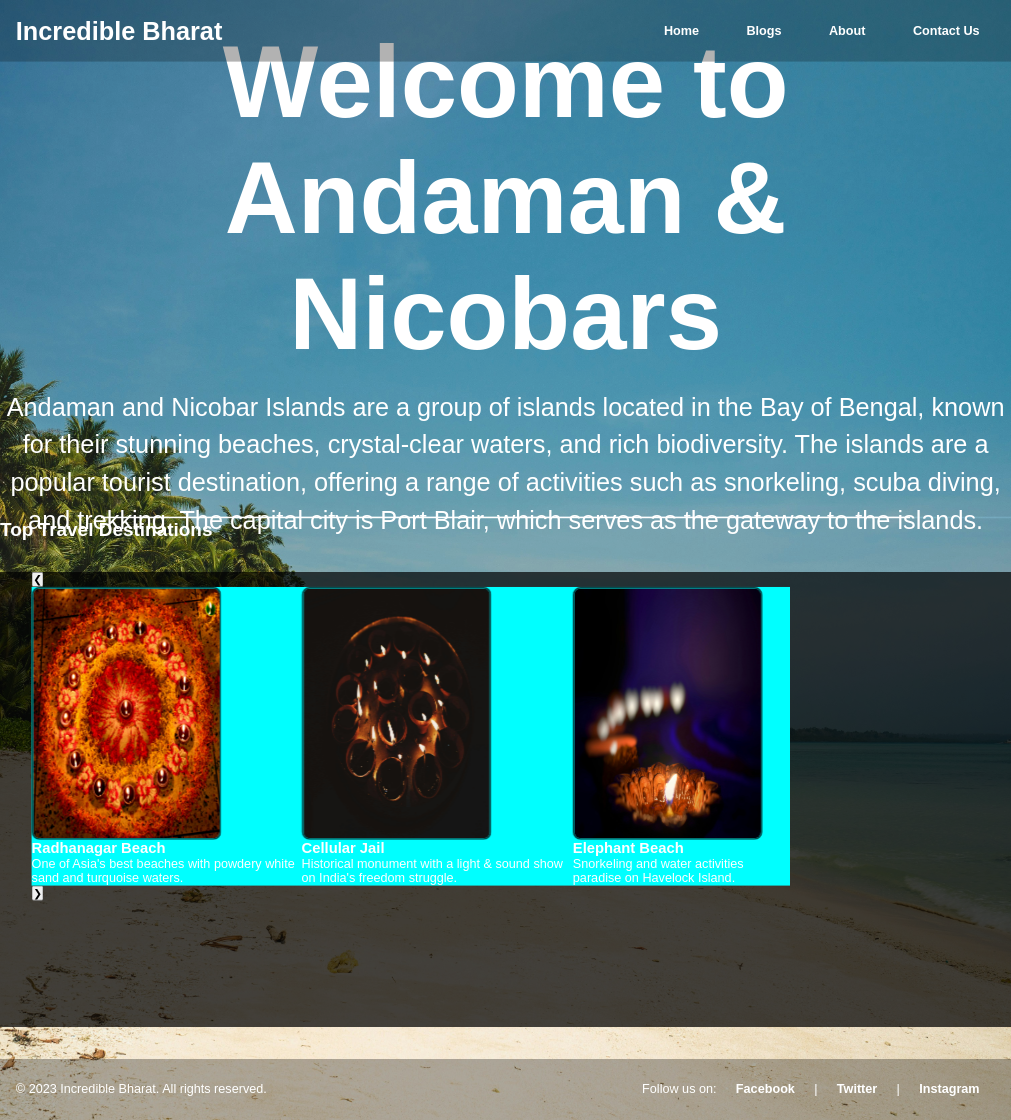
Repository: jaidhiman111/incrediblebharat
Page: destinations/Andaman-Nicobar/Andaman&Nicobar.html
These files come from the project's save history. The page is drawn as it stood at one moment and after the next save; the edit follows.
The browser window is 1280 px wide. The pictures show the whole page, at 79% of full size.

Above is the page before, as saved 2025-05-01 22:29:00.

### destinations/Andaman-Nicobar/Andaman&Nicobar.html
<!DOCTYPE html>
<html lang="en">

<head>
    <meta charset="UTF-8">
    <link rel="stylesheet" href="/assets/style.css">
    <meta name="viewport" content="width=device-width, initial-scale=1.0">
    <title>Document</title>
</head>

<body class="andaman-nicobar">
    <!-- This is the header of the page. -->
    <header class="header">
        <div class="logo">
            <h1>Incredible Bharat</h1>
        </div>
        <div class="nav">
            <nav>
                <ul>
                    <li>
                        <a href="/index.html">Home</a>
                        <a href="#">Blogs</a>
                        <a href="#">About</a>
                        <a href="#">Contact Us</a>
                    </li>
                </ul>
            </nav>
        </div>
    </header>
    <!-- This is the main content of the page. -->
    <main class="main-container">
        <section class="hero-section">
            <h2>Welcome to Andaman & Nicobars</h2>
            <p>Andaman and Nicobar Islands are a group of islands located in the Bay of Bengal, known for their stunning
                beaches, crystal-clear waters, and rich biodiversity. The islands are a popular tourist destination,
                offering a range of activities such as snorkeling, scuba diving, and trekking. The capital city is Port
                Blair, which serves as the gateway to the islands.</p>
        </section>
        <hr>
        <section id="travel-slider">
            <h2>Top Travel Destinations</h2>
            <div class="slider-container">
              <button class="slide-btn left" onclick="slideLeft('travel')">&#10094;</button>

              <div class="slider" >
                <div class="card">
                  <img class ="card-image" src="/media/diwali.jpg" alt="Radhanagar Beach">
                  <h3>Radhanagar Beach</h3>
                  <p>One of Asia's best beaches with powdery white sand and turquoise waters.</p>
                </div>
                <div class="card">
                  <img class = "card-image" src="/media/Dipawli.jpg" alt="Cellular Jail">
                  <h3>Cellular Jail</h3>
                  <p>Historical monument with a light & sound show on India's freedom struggle.</p>
                </div>
                <div class="card">
                  <img class = "card-image" src="/media/Deepak.jpg" alt="Elephant Beach">
                  <h3>Elephant Beach</h3>
                  <p>Snorkeling and water activities paradise on Havelock Island.</p>
                </div>
                <!-- Add more slides here -->
              </div>

              <button class="slide-btn right" onclick="slideRight('travel')">&#10095;</button>
            </div>
          </section>
    </main>
    <!-- This is the footer of the page. -->
    <footer class="footer">
        <div>
            <p>&copy; 2023 Incredible Bharat. All rights reserved.</p>
        </div>
        <div>
            <p>Follow us on:
                <a href="#">Facebook</a> |
                <a href="#">Twitter</a> |
                <a href="#">Instagram</a>
        </div>
    </footer>
</body>

</html>

### assets/style.css
* {
    box-sizing: border-box;
    margin: 0;
    padding: 0;
}

.home {
    font-family: Arial, sans-serif;
    background-image: url('/media/bg-cover.jpg');
    background-size: cover;
    background-repeat: no-repeat;
    background-position: center;
    color: #fff;
}

.andaman-nicobar {
    font-family: Arial, sans-serif;
    background-image: url('/media/andaman.jpg');
    background-size: cover;
    background-repeat: no-repeat;
    background-position: center;
    color: #fff;
}


/* This is for header */
.header {
    background-color: rgba(0, 0, 0, 0.3);
    display: flex;
    justify-content: space-between;
    align-items: center;
    padding: 20px;
    position: sticky;
    top: 0;
    text-align: center;
}

li {
    list-style: none;
    display: flex;
    gap: 20px;
}

li a {
    padding: 10px 20px;
    border-radius: 5px;
    text-decoration: none;
    color: #fff;
    font-weight: bold;
}

li a:hover {
    color: #fff;
    transform: scale(1.1);
}

/* This is for section */
section {
    background-color: rgba(0, 0, 0, 0.1);
}

.hero-section {
    display: flex;
    flex-direction: column;
    /* stack items vertically */
    justify-content: center;
    /* center vertically */
    align-items: center;
    /* center horizontally */
    height: 80vh;
    text-align: center;
}

.hero-section h2 {
    font-size: 8rem;
    margin-bottom: 20px;
}

.hero-section p {
    font-size: 2rem;
    margin-bottom: 20px;
    max-width: 100rem;
    /* limit the width of the paragraph */
    line-height: 1.5;
    /* improve readability */
}

.hero-section a {
    text-decoration: none;
    color: #fff;
    font-size: 1.5rem;
    margin-bottom: 20px;
}

.hero-section a:hover {
    color: #fff;
    text-decoration: underline;
    transform: scale(1.1);
    transition: transform 0.3s ease-in-out;
}

hr {
    width: 80%;
    margin: auto;
    border: 1px solid #fff;
}

.state-section {
    display: flex;
    flex-direction: column;
    justify-content: center;
    align-items: center;
    height: 80vh;
    text-align: center;
}

.state-section h2 {
    font-size: 3rem;
    margin-bottom: 20px;
}

.state-button {
    padding: 30px;
    max-width: 100rem;
    margin: 0 auto;
}

.state-button button {
    background-color: rgba(0, 0, 0, 0.4);
    backdrop-filter: blur(5px);
    border: none;
    border-radius: 8px;
    margin: 10px;
    padding: 12px 20px;
    cursor: pointer;
    transition: background-color 0.3s ease;
    font-size: 16px;
    font-weight: 500;
}

.state-button button a {
    color: #ffffff;
    text-decoration: none;
    display: block;
    width: 100%;
    height: 100%;
}

.state-button button:hover {
    background-color: rgba(0, 0, 0, 0.7);
    transform: scale(1.1);
    transition: transform 0.3s ease-in-out;
}

.card-section {
    display: flex;
    flex-wrap: wrap;
    justify-content: center;
    gap: 5rem;
    padding: 30px 20px;
    margin: 20px auto;
    max-width: 100%;
    border-radius: 10px;
}




/* This is for footer */

.footer {
    background-color: rgba(0, 0, 0, 0.3);
    display: flex;
    justify-content: space-between;
    align-items: center;
    padding: 20px;
    position: relative;
    bottom: 0;
    text-align: center;
}

.footer li {
    list-style: none;
    display: flex;
    gap: 20px;
}

.footer a {
    display: inline-block;
    padding: 10px 20px;
    border-radius: 5px;
    text-decoration: none;
    color: #fff;
    font-weight: bold;
}

.footer a:hover {
    color: #fff;
    transform: scale(1.1);

}

/* This is for media queries */
/* --- Andaman & Nicobar Page Enhancements --- */

.travel-slider h2 {
    font-size: 5rem;
    margin-bottom: 20px;

}

.slider-container {
    background-color: rgba(0, 0, 0, 0.7);
    position: relative;
    height: 80vh;
    max-width: 100%;
    overflow: hidden;
    margin: 40px auto;
    padding: 0 40px;
}

.slider {
    display: flex;
    transition: transform 0.5s ease;
    max-width: 80%;
    background-color: aqua;
    margin: 10px, auto;
    padding: auto;
    justify-content: center;
    align-items: center;
}


.slide-btn.left {
    left: 10px;
}

.slide-btn.right {
    right: 10px;
}

.card-image {
    background-color: rgba(0, 0, 0, 0.3);
    backdrop-filter: blur(5px);
    color: #fff;
    border: 2px solid #014d4e;
    border-radius: 10px;
    width: 15rem;
    height: 20rem;
    display: flex;
    align-items: center;
    justify-content: center;
    font-size: 2rem;
    font-weight: bold;
    cursor: pointer;
    transition: transform 0.3s ease, background-color 0.3s ease;
}

.card:hover {
    background-color: rgba(0, 0, 0, 0.3);
    color: #ffffff;
    transform: scale(1.05);
}

After the next save:
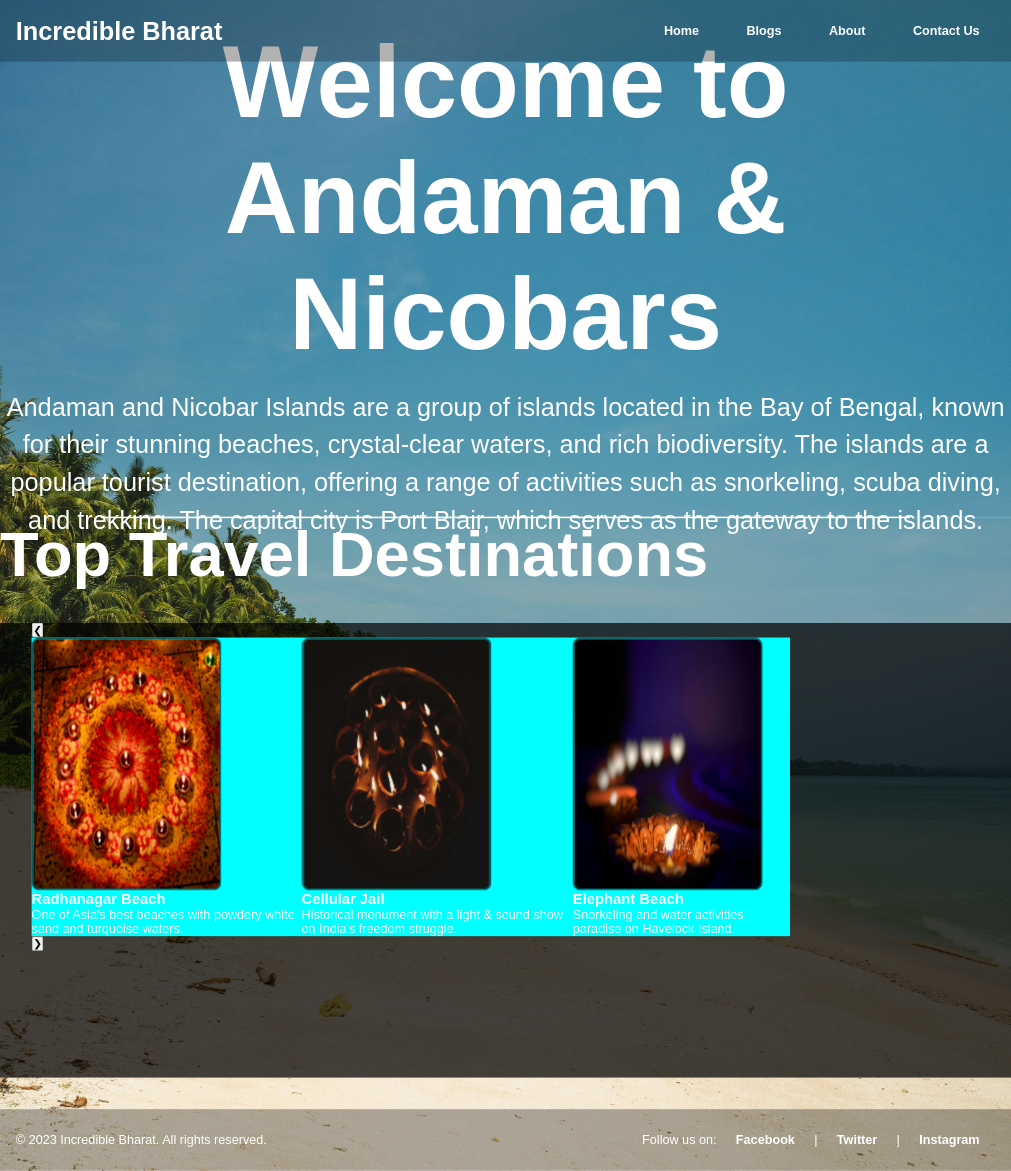
Saved 27 s later.
--- a/assets/style.css
+++ b/assets/style.css
@@ -203,7 +203,7 @@ hr {
 /* This is for media queries */
 /* --- Andaman & Nicobar Page Enhancements --- */
 
-.travel-slider h2 {
+#travel-slider h2 {
     font-size: 5rem;
     margin-bottom: 20px;
 
